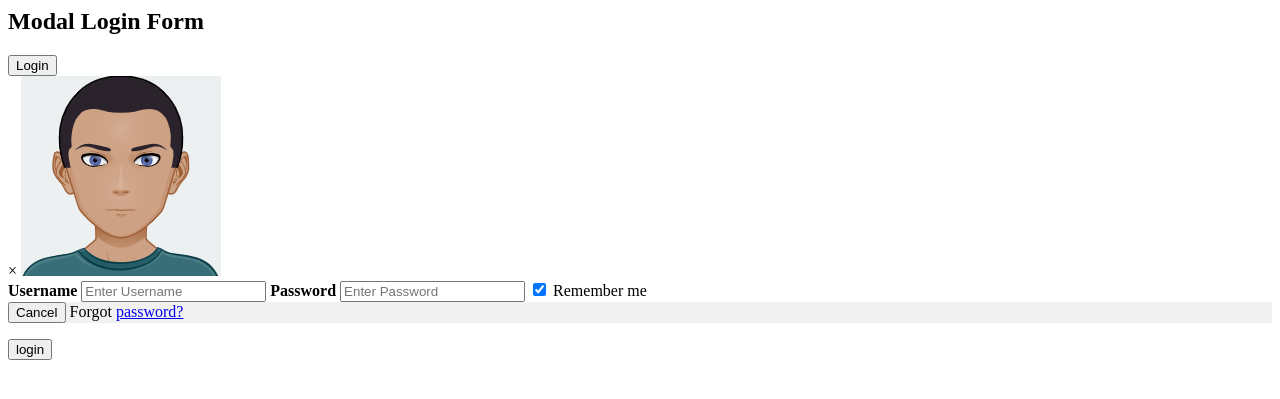
Repository: prathampatel1/pratham12.github.io
Page: choose your hosital/login.html
The author's editor kept a record of every edit. The page is drawn from the files as they stood at one moment, then again after the next edit.
The browser window is 1280 px wide. The pictures show the whole page.

Above is the page before.

### choose your hosital/login.html
</style>
</head>
<body>

<h2>Modal Login Form</h2>

<button onclick="document.getElementById('id01').style.display='block'" style="width:auto;">Login</button>

<div id="id01" class="modal">

  <form class="modal-content animate" action="/action_page.php" method="post">
    <div class="imgcontainer">
      <span onclick="document.getElementById('id01').style.display='none'" class="close" title="Close Modal">&times;</span>
      <img src="myAvatar (1).png" alt="Avatar" class="avatar">
    </div>

    <div class="container">
      <label for="uname"><b>Username</b></label>
      <input type="text" placeholder="Enter Username" name="uname" required>

      <label for="psw"><b>Password</b></label>
      <input type="password" placeholder="Enter Password" name="psw" required>
      <label>
        <input type="checkbox" checked="checked" name="remember"> Remember me
      </label>
    </div>

    <div class="container" style="background-color:#f1f1f1">
      <button type="button" onclick="document.getElementById('id01').style.display='none'" class="cancelbtn">Cancel</button>
      <span class="psw">Forgot <a href="#">password?</a></span>
    </div>
  </form>
</div>

<script>
// Get the modal
var modal = document.getElementById('id01');

// When the user clicks anywhere outside of the modal, close it
window.onclick = function(event) {
    if (event.target == modal) {
        modal.style.display = "none";
    }
}
</script>

</body>
</html>
<button onclick="window.location.href = 'project.html';">login</button>

After the next edit:
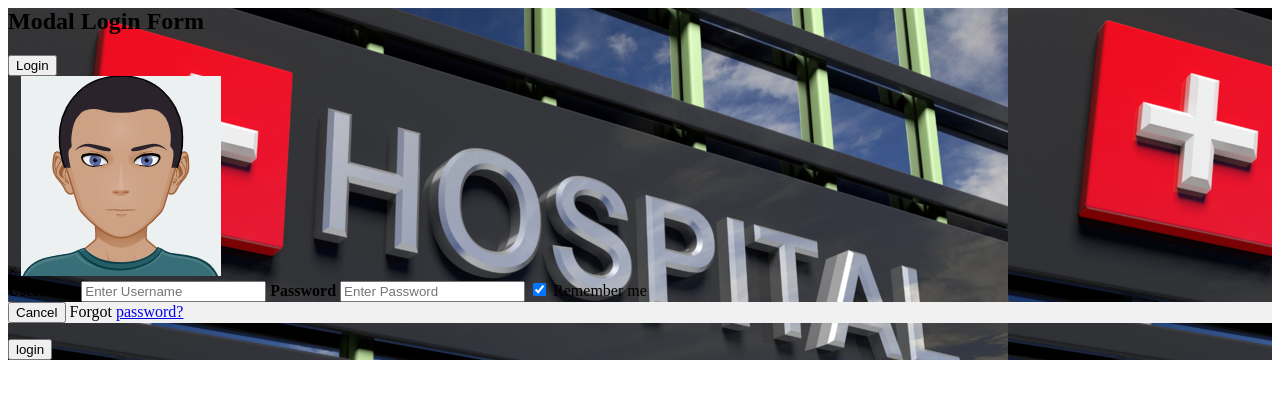
The edit:
--- a/choose your hosital/login.html
+++ b/choose your hosital/login.html
@@ -1,7 +1,7 @@
 </style>
 </head>
 <body>
-
+<div style="background-image: url('Hospital.png');">
 <h2>Modal Login Form</h2>
 
 <button onclick="document.getElementById('id01').style.display='block'" style="width:auto;">Login</button>
